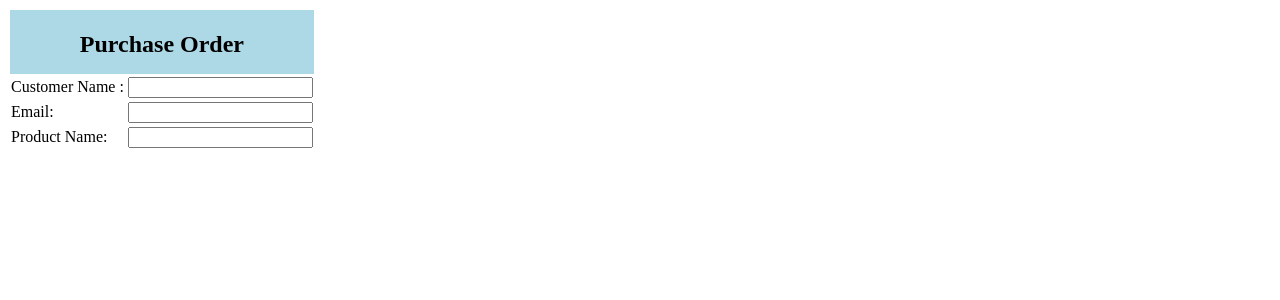
Repository: FatCat0712/JSP
Page: http://localhost/bai_20/
An editor plug-in stored every save of this project. The page is shown before and after the next save, followed by the edit.
The browser window is 1280 px wide. The pictures show the whole page.
The page is served by Tomcat 9.

Above is the page before, as saved 2024-04-22 01:25:45.

After the next save:
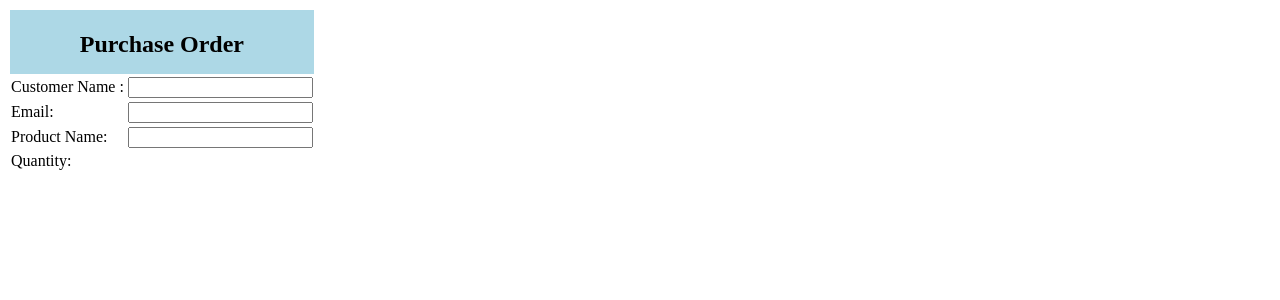
Saved 32 s later.
--- a/bai_20/src/main/webapp/index.jsp
+++ b/bai_20/src/main/webapp/index.jsp
@@ -43,6 +43,11 @@
 				<input type="text" name="productName"/>
 			</td>
 		</tr>
+		<tr>
+			<td>
+				<label>Quantity: </label>
+			</td>
+		</tr>
 	</table>
 </form>
 
